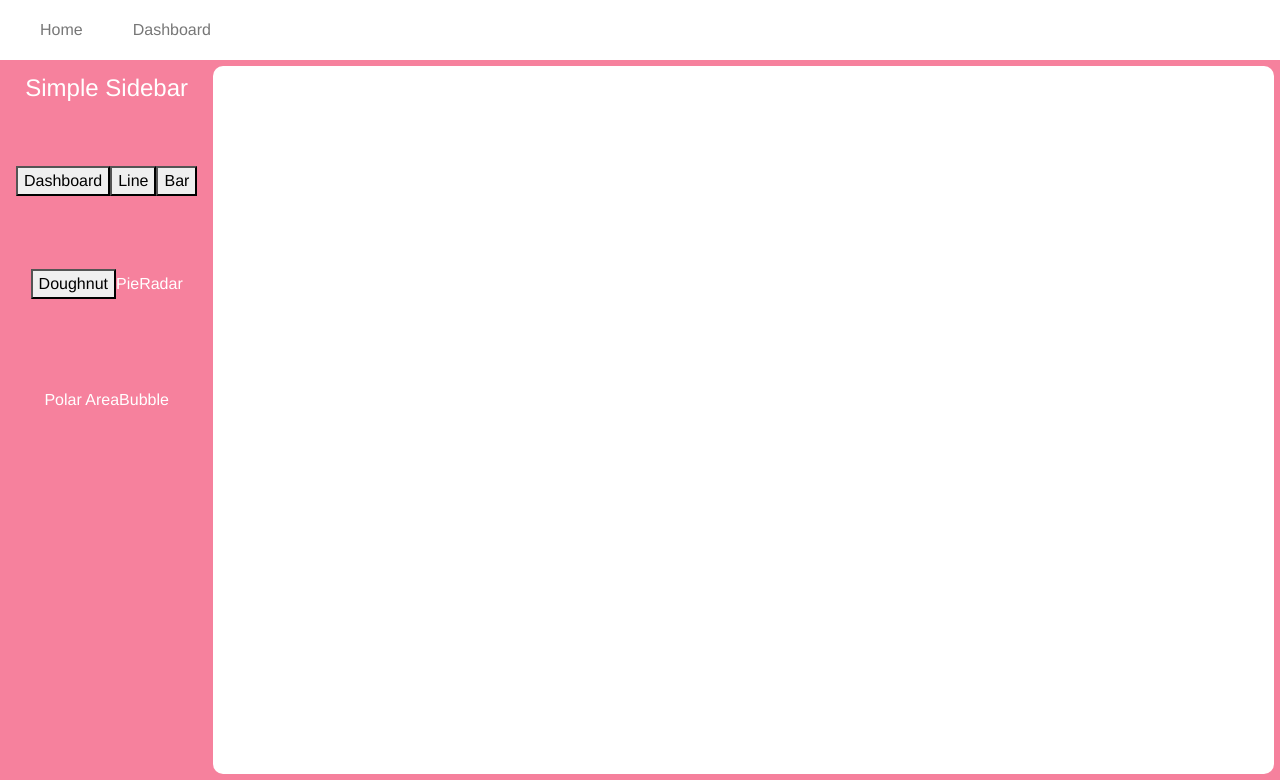
Repository: nashthecoder/vue_learn
Page: /dashboard (app in client/)
An editor plug-in stored every save of this project. The page is shown before and after the next save, followed by the edit.
The browser window is 1280 px wide. The pictures show the whole page.
The project was rebuilt for these pictures with package versions that can differ from the ones it lists, and the page was loaded fresh each time. Imported but missing from the stored project, and not drawn on this page: client/src/views/Home.vue.

Above is the page before, as saved 2020-12-25 01:24:49.

After the next save:
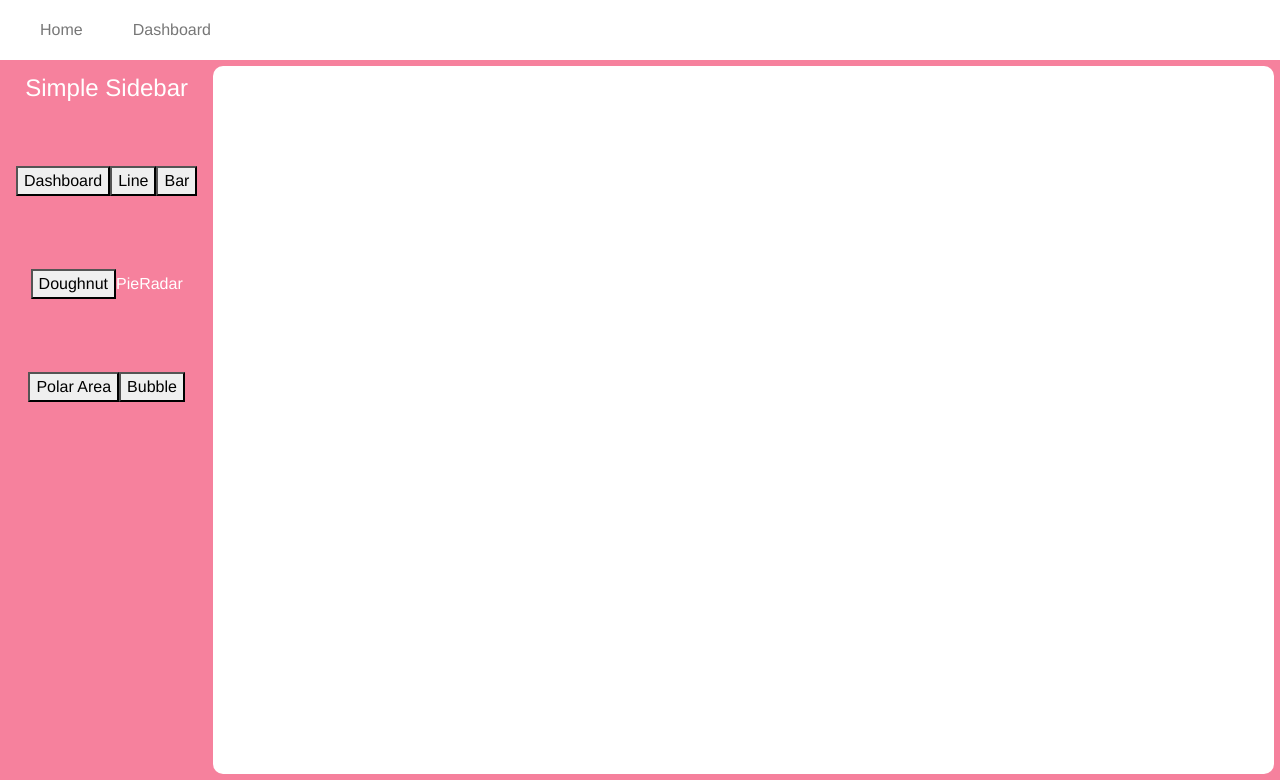
Saved 70 s later.
--- a/client/src/components/Sidebar.vue
+++ b/client/src/components/Sidebar.vue
@@ -54,12 +54,22 @@
           Radar
         </div>
       </router-link>
-      <router-link to="/polar-area" active-class="active" tag="button" exact class="side-btn">
+      <router-link
+        to="/polar-area"
+        active-class="active"
+        tag="button"
+        exactclass="side-btn"
+      >
         <div class="link-container">
           Polar Area
         </div>
       </router-link>
-      <router-link to="/bubble" active-class="active" tag="button" exact class="side-btn">
+      <router-link
+        to="/bubble"
+        active-class="active"
+        tag="button"
+        exactclass="side-btn"
+      >
         <div class="link-container">
           Bubble
         </div>
